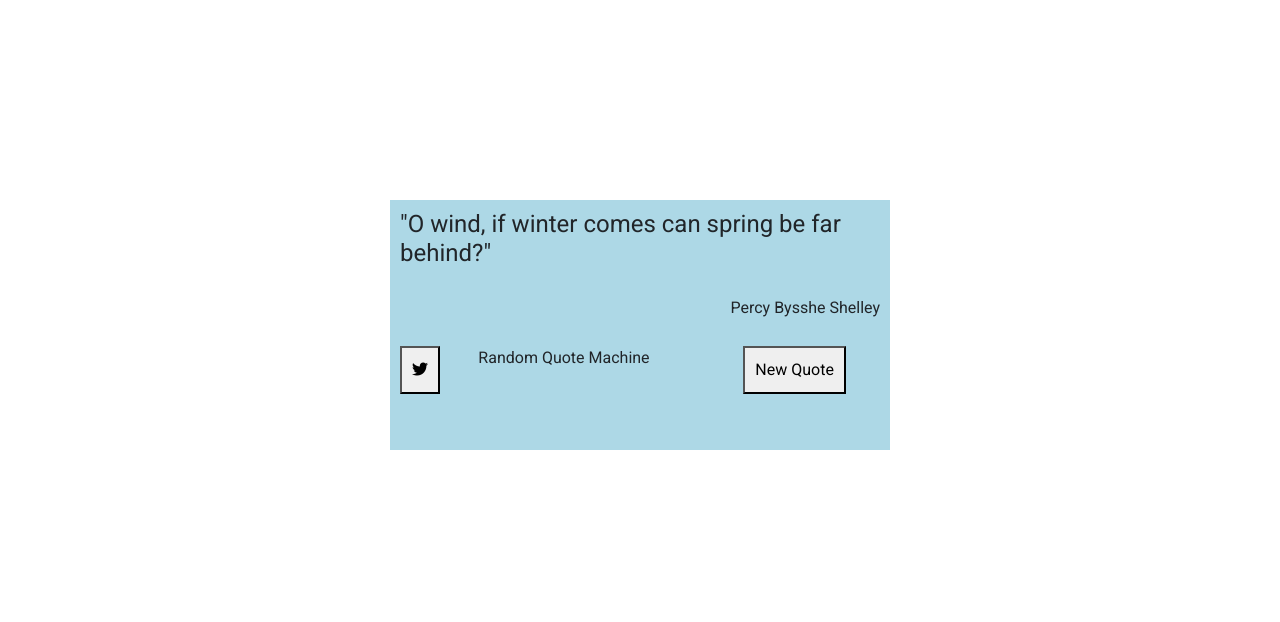
Repository: derektypist/random-quote-machine
Page: index.html
The author's editor kept a record of every edit. The page is drawn from the files as they stood at one moment, then again after the next edit.
The browser window is 1280 px wide. The pictures show the whole page.
Some web libraries are served in a nearby version.

Above is the page before.

After the next edit:
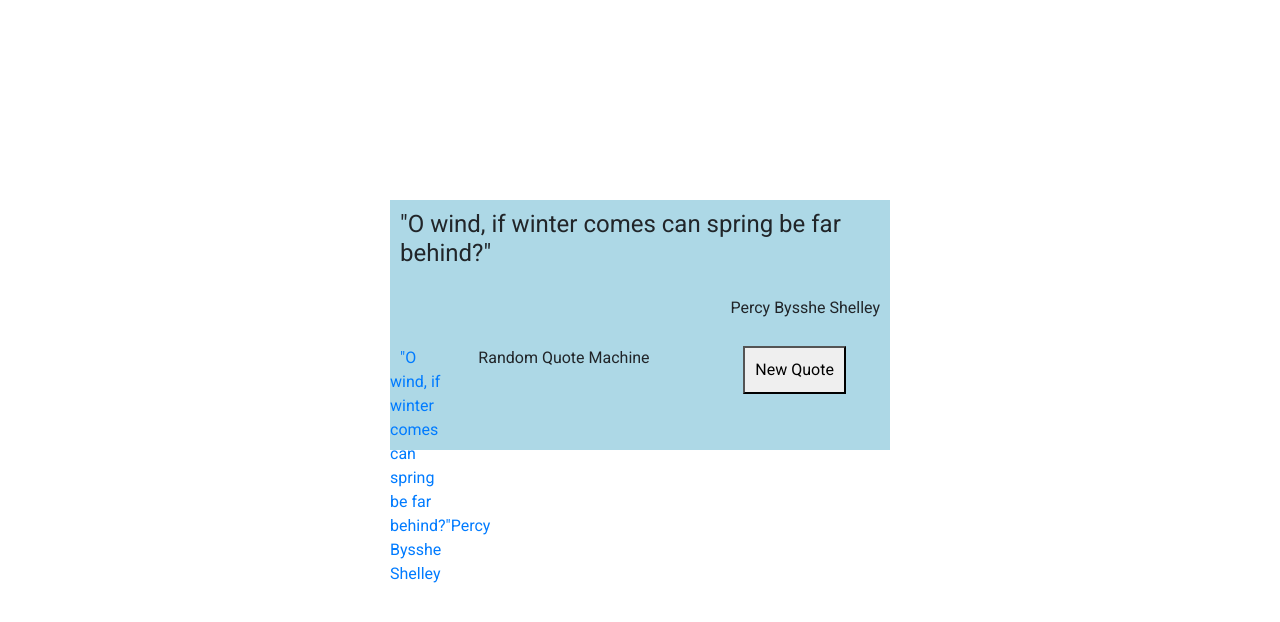
The edit:
--- a/index.html
+++ b/index.html
@@ -97,6 +97,7 @@
             // Display text and author in the Browser Window
             document.getElementById("text").innerHTML = text;
             document.getElementById("author").innerHTML = author;
+            document.getElementById("tweet-quote").innerHTML = text + author;
         }
 
         $(document).ready(displayNewQuote);
